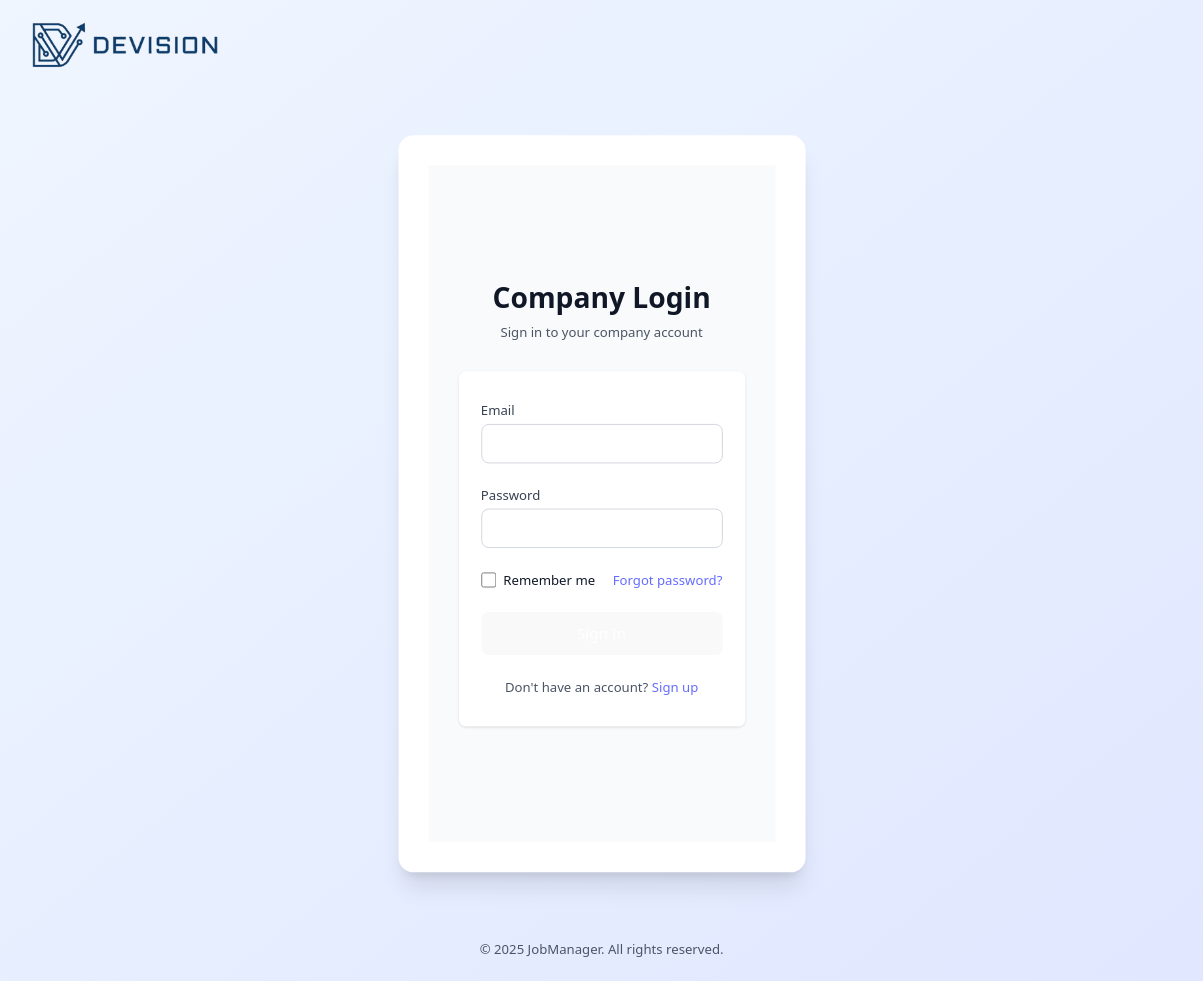
Repository: ISYS3461-2025C-Mulan-DEVision/JobManager_FE
Page: /login
An editor plug-in stored every save of this project. The page is shown before and after the next save, followed by the edit.
The browser window is 1280 px wide. The pictures show the whole page, at 94% of full size.
The project was rebuilt for these pictures with package versions that can differ from the ones it lists, and the page was loaded fresh each time. Also part of the build but not shown: vite.config.js, src/pages/Home.tsx, src/components/headless/Table/Table.tsx, src/components/headless/Modal/Modal.tsx, src/components/ui/Card/Card.tsx, src/components/ui/Spinner/Spinner.tsx, src/components/ui/Alert/Alert.tsx.

Above is the page before, as saved 2025-12-12 11:36:13.

### index.html
<!doctype html>
<html lang="en">
  <head>
    <meta charset="UTF-8" />
    <link rel="icon" type="image/svg+xml" href="/logo-icon.png" />
    <meta name="viewport" content="width=device-width, initial-scale=1.0" />
    <title>jobmanager-fe</title>
  </head>
  <body>
    <div id="root"></div>
    <script type="module" src="/src/main.jsx"></script>
  </body>
</html>

### src/main.tsx
import React, { StrictMode } from "react";
import { createRoot } from "react-dom/client";
import "./index.css";
import { BrowserRouter } from "react-router-dom";
import App from "./App.js";
import { Provider } from "react-redux";
import store from "./store/index.js";

const container = document.getElementById("root")!;
if (!container) {
    throw new Error("Root container not found");
} else {
    createRoot(container).render(
        <StrictMode>
            <Provider store={store}>
                <BrowserRouter>
                    <App />
                </BrowserRouter>
            </Provider>
        </StrictMode>,
    );
}

### src/index.css
@import "tailwindcss";

:root {
    font-family: system-ui, Avenir, Helvetica, Arial, sans-serif;
    line-height: 1.5;
    font-weight: 400;

    color-scheme: light dark;
    color: rgba(255, 255, 255, 0.87);
    background-color: #242424;

    font-synthesis: none;
    text-rendering: optimizeLegibility;
    -webkit-font-smoothing: antialiased;
    -moz-osx-font-smoothing: grayscale;
}

a {
    font-weight: 500;
    color: #646cff;
    text-decoration: inherit;
}
a:hover {
    color: #535bf2;
}

body {
    margin: 0;
    min-width: 320px;
    min-height: 100vh;
}

h1 {
    font-size: 3.2em;
    line-height: 1.1;
}

button {
    border-radius: 8px;
    border: 1px solid transparent;
    padding: 0.6em 1.2em;
    font-size: 1em;
    font-weight: 500;
    font-family: inherit;
    background-color: #1a1a1a;
    cursor: pointer;
    transition: border-color 0.25s;
}
button:hover {
    border-color: #646cff;
}
button:focus,
button:focus-visible {
    outline: 4px auto -webkit-focus-ring-color;
}

@media (prefers-color-scheme: light) {
    :root {
        color: #213547;
        background-color: #ffffff;
    }
    a:hover {
        color: #747bff;
    }
    button {
        background-color: #f9f9f9;
    }
}

### src/App.tsx
import { Routes, Route, Link, useLocation } from "react-router-dom";
import Home from "./pages/Home";
import LoginPage from "./pages/LoginPage";

function App() {
    const location = useLocation();
    const isAuthPage = location.pathname === "/login";

    return (
        <div>
            {!isAuthPage && (
                <nav className="p-4 bg-gray-800 text-white flex gap-4">
                    <Link to="/">Home</Link>
                    <Link to="/login">Login</Link>
                </nav>
            )}

            <Routes>
                <Route path="/" element={<Home />} />
                <Route path="/login" element={<LoginPage />} />
            </Routes>
        </div>
    );
}

export default App;

### src/store/index.ts
import configureStore from "./configureStore";
const store = configureStore();
export default store;

### src/pages/LoginPage.tsx
import React from "react";
import { CompanyLogin } from "../components/feature/Authentication/CompanyLogin";
import AuthLayout from "../layout/AuthLayout";

export default function LoginPage() {
    return (
        <AuthLayout>
            <CompanyLogin />
        </AuthLayout>
    );
}

### src/store/configureStore.ts
import { createStore, applyMiddleware, Store } from "redux";
import { createLogger } from "redux-logger";
import createSagaMiddleware from "redux-saga";
import { enableBatching } from "redux-batched-actions";
import createReducer from "./reducers";
import rootSaga from "./saga";

const configureStore = (initialState = {}): Store => {
    const rootReducer = createReducer();
    const sagaMiddleware = createSagaMiddleware();

    const middlewares = [sagaMiddleware];

    const isDev = import.meta.env.VITE_NODE_ENV === "development";

    if (isDev) {
        const loggerMiddleware = createLogger({
            collapsed: () => true,
        });
        (middlewares as any[]).push(loggerMiddleware);
    }

    const store = createStore(
        enableBatching(rootReducer),
        initialState,
        applyMiddleware(...middlewares),
    );

    sagaMiddleware.run(rootSaga);

    return store;
};

export default configureStore;

### src/redux/app/actions.ts
import * as types from "./type";

const setLoading = (payload: boolean) => ({ type: types.SET_LOADING, payload });
const setError = (payload: string | null) => ({
    type: types.SET_ERROR,
    payload,
});
const setInitialized = (payload: boolean) => ({
    type: types.SET_INITIALIZED,
    payload,
});
const reset = () => ({ type: types.RESET });

const toggleLoadingAsync = (payload: boolean) => ({
    type: types.TOGGLE_LOADING_ASYNC,
    payload,
});

export default {
    setLoading,
    setError,
    setInitialized,
    reset,
    toggleLoadingAsync,
};

### src/components/feature/Authentication/CompanyLogin/index.ts
export { CompanyLogin } from "./CompanyLogin";

### src/layout/AuthLayout.tsx
import { ReactNode } from 'react';

interface AuthLayoutProps {
    children: ReactNode;
}

const AuthLayout = ({ children }: AuthLayoutProps) => {
    return (
        <div className="min-h-screen flex flex-col bg-gradient-to-br from-blue-50 to-indigo-100">
            {/* Simple Header - Logo only */}
            <header className="py-6 px-8">
                <div className="flex items-center">
                    <img
                        src="/logo.png"
                        alt="JobManager Logo"
                        className="h-12 w-auto"
                    />
                </div>
            </header>

            {/* Centered Content Panel */}
            <main className="flex-1 flex items-center justify-center px-4 py-12">
                {/* <div className="w-full max-w-md"> */}
                {/* Card wrapper for the form */}
                <div className="bg-white rounded-2xl shadow-xl p-8">
                    {children}
                </div>
                {/* </div> */}
            </main>

            {/* Simple Footer - Copyright only */}
            <footer className="py-6 px-4">
                <div className="max-w-md mx-auto text-center">
                    <p className="text-sm text-gray-600">
                        © {new Date().getFullYear()} JobManager. All rights reserved.
                    </p>
                </div>
            </footer>
        </div>
    );
};

export default AuthLayout;

### src/store/reducers.ts
import { combineReducers } from "redux";
import { reducers } from "../redux";
import _ from "lodash";

const appReducer = combineReducers(reducers);
export default function createReducer() {
    const rootReducer = (state, action) => {
        if (action.type === "FORCE_UPDATE_GLOBAL_STATE") {
            return appReducer(_.cloneDeep(action.payload), action as never);
        }
        return appReducer(state, action as never);
    };

    return rootReducer;
}

### src/store/saga.ts
import { all, fork } from "redux-saga/effects";
import { sagas } from "../redux";

export default function* rootSaga() {
    yield all([...Object.values(sagas)].map(fork));
}

### src/redux/app/type.ts
const prefix = "APP/";

export const SET_LOADING = `${prefix}SET_LOADING`;
export const SET_ERROR = `${prefix}SET_ERROR`;
export const SET_INITIALIZED = `${prefix}SET_INITIALIZED`;
export const RESET = `${prefix}RESET`;

// test async action
export const TOGGLE_LOADING_ASYNC = `${prefix}TOGGLE_LOADING_ASYNC`;

### src/components/feature/Authentication/CompanyLogin/CompanyLogin.tsx
import React from "react";
import { HeadlessForm } from "@/components/headless";
import { CompanyLoginForm } from "./CompanyLoginForm";
import { useCompanyLogin } from "./hooks/useCompanyLogin";
import { LoginPayload } from "./types";

// Validation function
const validateLoginForm = (values: LoginPayload) => {
  const errors: Partial<Record<keyof LoginPayload, string>> = {};

  if (!values.email) {
    errors.email = "Email is required";
  } else if (!/^[A-Z0-9._%+-]+@[A-Z0-9.-]+\.[A-Z]{2,}$/i.test(values.email)) {
    errors.email = "Invalid email address";
  }

  if (!values.password) {
    errors.password = "Password is required";
  } else if (values.password.length < 6) {
    errors.password = "Password must be at least 6 characters";
  }

  return errors;
};

export const CompanyLogin: React.FC = () => {
  const { login, isLoading, error } = useCompanyLogin();

  return (
    <HeadlessForm<LoginPayload>
      initialValues={{ email: "", password: "" }}
      onSubmit={login}
      validate={validateLoginForm}
    >
      {(formProps) => (
        <CompanyLoginForm {...formProps} isLoading={isLoading} error={error} />
      )}
    </HeadlessForm>
  );
};

### src/redux/index.ts
const loadModules = (modules: Record<string, any>, hasDefault = false) =>
    Object.entries(modules).map(([path, mod]) => {
        const parts = path.split("/");
        return {
            name: parts.at(-1)!.replace(".js", "").toUpperCase(),
            key: parts.at(-2)!,
            data: hasDefault ? mod.default : mod,
        };
    });

const rawActions = loadModules(
    import.meta.glob("./**/actions.ts", { eager: true }),
    true,
);

const rawTypes = loadModules(
    import.meta.glob("./**/types.ts", { eager: true }),
    false,
);

const rawReducers = loadModules(
    import.meta.glob("./**/reducer.ts", { eager: true }),
    true,
);

const rawSagas = loadModules(
    import.meta.glob("./**/saga.ts", { eager: true }),
    false,
);

// Final exports
export const actions = rawActions.reduce((p, e) => ({ ...p, ...e.data }), {});
export const types = rawTypes.reduce((p, e) => ({ ...p, ...e.data }), {});
export const reducers = rawReducers.reduce(
    (p, e) => ({ ...p, [e.key]: e.data }),
    {},
);
export const sagas = rawSagas.reduce((p, e) => ({ ...p, ...e.data }), {});

### src/components/headless/index.ts
// Headless Components - Logic without UI
export { HeadlessForm } from "./Form";
export { HeadlessTable } from "./Table";
export { useTable } from "./Table/useTable";
export { HeadlessModal } from "./Modal";

// Types
export * from "./types";
export type { TableColumn } from "./Table/useTable";

### src/components/feature/Authentication/CompanyLogin/hooks/useCompanyLogin.ts
import { useState } from 'react';
import AuthService, { LoginPayload } from '../../api/AuthService';

export const useCompanyLogin = () => {
  const [isLoading, setIsLoading] = useState(false);
  const [error, setError] = useState<string | null>(null);

  const login = async (formData: LoginPayload) => {
    setIsLoading(true);
    setError(null);

    try {
      await AuthService.loginCompany(formData);
      // Handle success (e.g., redirect, store token)
      console.log("Login successful");
    } catch (err) {
      setError("Failed to login. Please check your credentials.");
      console.error(err);
    } finally {
      setIsLoading(false);
    }
  };

  return {
    login,
    isLoading,
    error,
  };
};

### src/redux/app/reducer.ts
import * as types from "./type";
export interface AppState {
    loading: boolean;
    error: string | null;
    initialized?: boolean;
    test: string;
}

const INITIAL_STATE: AppState = {
    loading: true,
    error: null,
    initialized: false,
    test: "test",
};

type Action = { type: string; payload?: any };

export default function appReducer(
    state: AppState = INITIAL_STATE,
    action: Action,
): AppState {
    switch (action.type) {
        case types.SET_LOADING:
            return { ...state, loading: !!action.payload };
        case types.SET_ERROR:
            return { ...state, error: action.payload ?? null, loading: false };
        case types.SET_INITIALIZED:
            return { ...state, initialized: !!action.payload };
        case types.RESET:
            return { ...INITIAL_STATE };
        default:
            return state;
    }
}

### src/redux/app/saga.ts
import { takeEvery, put, delay } from "redux-saga/effects";
import * as types from "./type";
import actions from "./actions";

function* handleToggleLoading(action: any) {
    yield delay(300);
    yield put(actions.setLoading(action.payload));
}

export function* watchToggleLoading() {
    yield takeEvery(types.TOGGLE_LOADING_ASYNC, handleToggleLoading);
}

### src/components/headless/Form/index.ts
export { HeadlessForm } from "./Form";

### src/components/headless/Table/index.ts
export { HeadlessTable } from "./Table";
export { useTable } from "./useTable";
export type { TableColumn } from "./useTable";

### src/components/headless/Table/useTable.ts
import { useState, useMemo } from "react";

export interface TableColumn<T> {
  key: keyof T;
  header: string;
  render?: (item: T) => React.ReactNode;
}

interface UseTableProps<T> {
  data: T[];
  columns: TableColumn<T>[];
  initialPage?: number;
  pageSize?: number;
}

export const useTable = <T>({
  data,
  initialPage = 1,
  pageSize = 10,
}: UseTableProps<T>) => {
  const [currentPage, setCurrentPage] = useState(initialPage);
  const [sortConfig, setSortConfig] = useState<{
    key: keyof T;
    direction: "asc" | "desc";
  } | null>(null);

  const sortedData = useMemo(() => {
    let sortableItems = [...data];
    if (sortConfig !== null) {
      sortableItems.sort((a, b) => {
        if (a[sortConfig.key] < b[sortConfig.key]) {
          return sortConfig.direction === "asc" ? -1 : 1;
        }
        if (a[sortConfig.key] > b[sortConfig.key]) {
          return sortConfig.direction === "asc" ? 1 : -1;
        }
        return 0;
      });
    }
    return sortableItems;
  }, [data, sortConfig]);

  const paginatedData = useMemo(() => {
    const startIndex = (currentPage - 1) * pageSize;
    return sortedData.slice(startIndex, startIndex + pageSize);
  }, [sortedData, currentPage, pageSize]);

  const totalPages = Math.ceil(data.length / pageSize);

  const requestSort = (key: keyof T) => {
    let direction: "asc" | "desc" = "asc";
    if (
      sortConfig &&
      sortConfig.key === key &&
      sortConfig.direction === "asc"
    ) {
      direction = "desc";
    }
    setSortConfig({ key, direction });
  };

  const goToPage = (page: number) => {
    if (page >= 1 && page <= totalPages) {
      setCurrentPage(page);
    }
  };

  return {
    data: paginatedData,
    sortConfig,
    requestSort,
    currentPage,
    totalPages,
    goToPage,
  };
};

### src/components/headless/Modal/index.ts
export { HeadlessModal } from "./Modal";

### src/components/headless/types.ts
// Headless Form Types
export interface HeadlessFormProps<T> {
    initialValues?: T;
    onSubmit: (values: T) => void;
    validate?: (values: T) => Partial<Record<keyof T, string>>;
    children: (props: FormRenderProps<T>) => React.ReactNode;
    className?: string;
}

export interface FormRenderProps<T> {
    values: T;
    errors: Partial<Record<keyof T, string>>;
    touched: Partial<Record<keyof T, boolean>>;
    handleChange: (
        e: React.ChangeEvent<
            HTMLInputElement | HTMLTextAreaElement | HTMLSelectElement
        >,
    ) => void;
    handleBlur: (field: keyof T) => void;
    handleSubmit: (e: React.FormEvent) => void;
    setFieldValue: (field: keyof T, value: any) => void;
    isValid: boolean;
}

// Headless Table Types
export interface TableColumn<T> {
    key: keyof T;
    label: string;
    sortable?: boolean;
    render?: (value: any, item: T) => React.ReactNode;
}

export interface HeadlessTableProps<T> {
    data: T[];
    columns: TableColumn<T>[];
    pageSize?: number;
    className?: string;
    renderHeader?: (
        columns: TableColumn<T>[],
        requestSort: (key: keyof T) => void,
        sortConfig: SortConfig<T> | null,
    ) => React.ReactNode;
    renderRow?: (item: T, columns: TableColumn<T>[]) => React.ReactNode;
    renderPagination?: (pagination: PaginationProps) => React.ReactNode;
}

export interface SortConfig<T> {
    key: keyof T;
    direction: "asc" | "desc";
}

export interface PaginationProps {
    currentPage: number;
    totalPages: number;
    goToPage: (page: number) => void;
    nextPage: () => void;
    prevPage: () => void;
}

// Headless Modal Types
export interface HeadlessModalProps {
    isOpen: boolean;
    onClose: () => void;
    children: (props: ModalRenderProps) => React.ReactNode;
    closeOnOverlayClick?: boolean;
    closeOnEscape?: boolean;
}

export interface ModalRenderProps {
    close: () => void;
}

### src/components/ui/index.ts
// UI Components - Presentational components with styling
export * from "./Button";
export * from "./Input";
export * from "./Card";
export * from "./Spinner";
export * from "./Alert";

### src/components/feature/Authentication/api/AuthService.ts
// import { HttpClient } from "../../../../services/httpClient";

export interface LoginPayload {
  email: string;
  password: string;
}

export const loginCompany = async (payload: LoginPayload) => {
  // Replace with actual API endpoint
  // return HttpClient.post('/auth/company/login', payload);

  // Mock implementation for now
  console.log("Logging in company with:", payload);
  return new Promise((resolve) => {
    setTimeout(
      () => resolve({ token: "mock-token", user: { name: "Company Admin" } }),
      1000
    );
  });
};

const AuthService = {
  loginCompany,
};

export default AuthService;

### src/components/ui/Button/index.ts
export { Button } from "./Button";
export type { ButtonProps } from "./Button";

### src/components/ui/Input/index.ts
export { Input } from "./Input";
export type { InputProps } from "./Input";

### src/components/ui/Card/index.ts
export { Card, CardHeader, CardBody, CardFooter } from "./Card";
export type { CardProps } from "./Card";

### src/components/ui/Spinner/index.ts
export { Spinner } from "./Spinner";
export type { SpinnerProps } from "./Spinner";

### src/components/ui/Alert/index.ts
export { Alert } from "./Alert";
export type { AlertProps } from "./Alert";

### src/components/ui/Button/Button.tsx
import React from "react";
import clsx from "clsx";

export interface ButtonProps
  extends React.ButtonHTMLAttributes<HTMLButtonElement> {
  variant?: "primary" | "secondary" | "outline" | "ghost" | "danger";
  size?: "sm" | "md" | "lg";
  isLoading?: boolean;
  fullWidth?: boolean;
  children: React.ReactNode;
}

export const Button: React.FC<ButtonProps> = ({
  variant = "primary",
  size = "md",
  isLoading = false,
  fullWidth = false,
  className,
  disabled,
  children,
  ...props
}) => {
  const baseStyles =
    "font-medium rounded-lg transition-colors focus:outline-none focus:ring-2 focus:ring-offset-2 disabled:opacity-50 disabled:cursor-not-allowed";

  const variants = {
    primary: "bg-blue-600 text-white hover:bg-blue-700 focus:ring-blue-500",
    secondary: "bg-gray-600 text-white hover:bg-gray-700 focus:ring-gray-500",
    outline:
      "border-2 border-blue-600 text-blue-600 hover:bg-blue-50 focus:ring-blue-500",
    ghost: "text-gray-700 hover:bg-gray-100 focus:ring-gray-500",
    danger: "bg-red-600 text-white hover:bg-red-700 focus:ring-red-500",
  };

  const sizes = {
    sm: "px-3 py-1.5 text-sm",
    md: "px-4 py-2 text-base",
    lg: "px-6 py-3 text-lg",
  };

  return (
    <button
      className={clsx(
        baseStyles,
        variants[variant],
        sizes[size],
        fullWidth && "w-full",
        className
      )}
      disabled={disabled || isLoading}
      {...props}
    >
      {isLoading ? (
        <span className="flex items-center justify-center">
          <svg
            className="animate-spin -ml-1 mr-2 h-4 w-4"
            fill="none"
            viewBox="0 0 24 24"
          >
            <circle
              className="opacity-25"
              cx="12"
              cy="12"
              r="10"
              stroke="currentColor"
              strokeWidth="4"
            />
            <path
              className="opacity-75"
              fill="currentColor"
              d="M4 12a8 8 0 018-8V0C5.373 0 0 5.373 0 12h4zm2 5.291A7.962 7.962 0 014 12H0c0 3.042 1.135 5.824 3 7.938l3-2.647z"
            />
          </svg>
          Loading...
        </span>
      ) : (
        children
      )}
    </button>
  );
};

### src/components/ui/Input/Input.tsx
import React from "react";
import clsx from "clsx";

export interface InputProps
  extends React.InputHTMLAttributes<HTMLInputElement> {
  label?: string;
  error?: string;
  helperText?: string;
  fullWidth?: boolean;
}

export const Input: React.FC<InputProps> = ({
  label,
  error,
  helperText,
  fullWidth = false,
  className,
  id,
  ...props
}) => {
  const inputId = id || label?.toLowerCase().replace(/\s+/g, "-");

  return (
    <div className={clsx("flex flex-col gap-1", fullWidth && "w-full")}>
      {label && (
        <label htmlFor={inputId} className="text-sm font-medium text-gray-700">
          {label}
        </label>
      )}
      <input
        id={inputId}
        className={clsx(
          "px-3 py-2 border rounded-lg focus:outline-none focus:ring-2 transition-colors",
          error
            ? "border-red-500 focus:ring-red-500 focus:border-red-500"
            : "border-gray-300 focus:ring-blue-500 focus:border-blue-500",
          props.disabled && "bg-gray-100 cursor-not-allowed",
          className
        )}
        {...props}
      />
      {error && <span className="text-sm text-red-600">{error}</span>}
      {helperText && !error && (
        <span className="text-sm text-gray-500">{helperText}</span>
      )}
    </div>
  );
};

Loaded but not shown: src/components/feature/Authentication/CompanyLogin/CompanyLoginForm.tsx (126 lines, source omitted); src/components/headless/Form/Form.tsx (93 lines, source omitted)

After the next save:
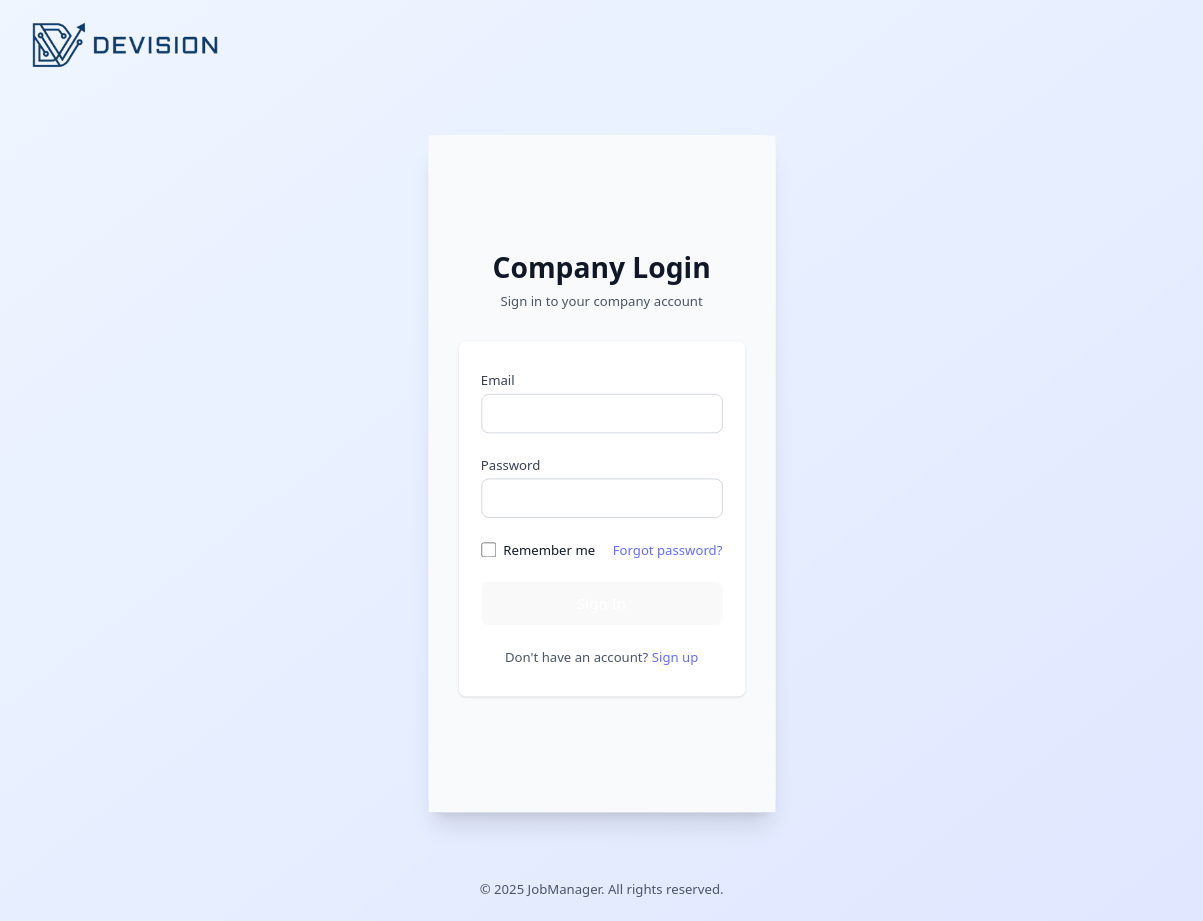
Saved 39 s later.
--- a/src/layout/AuthLayout.tsx
+++ b/src/layout/AuthLayout.tsx
@@ -22,7 +22,7 @@
             <main className="flex-1 flex items-center justify-center px-4 py-12">
                 {/* <div className="w-full max-w-md"> */}
                 {/* Card wrapper for the form */}
-                <div className="bg-white rounded-2xl shadow-xl p-8">
+                <div className="bg-white rounded-2xl shadow-xl">
                     {children}
                 </div>
                 {/* </div> */}
